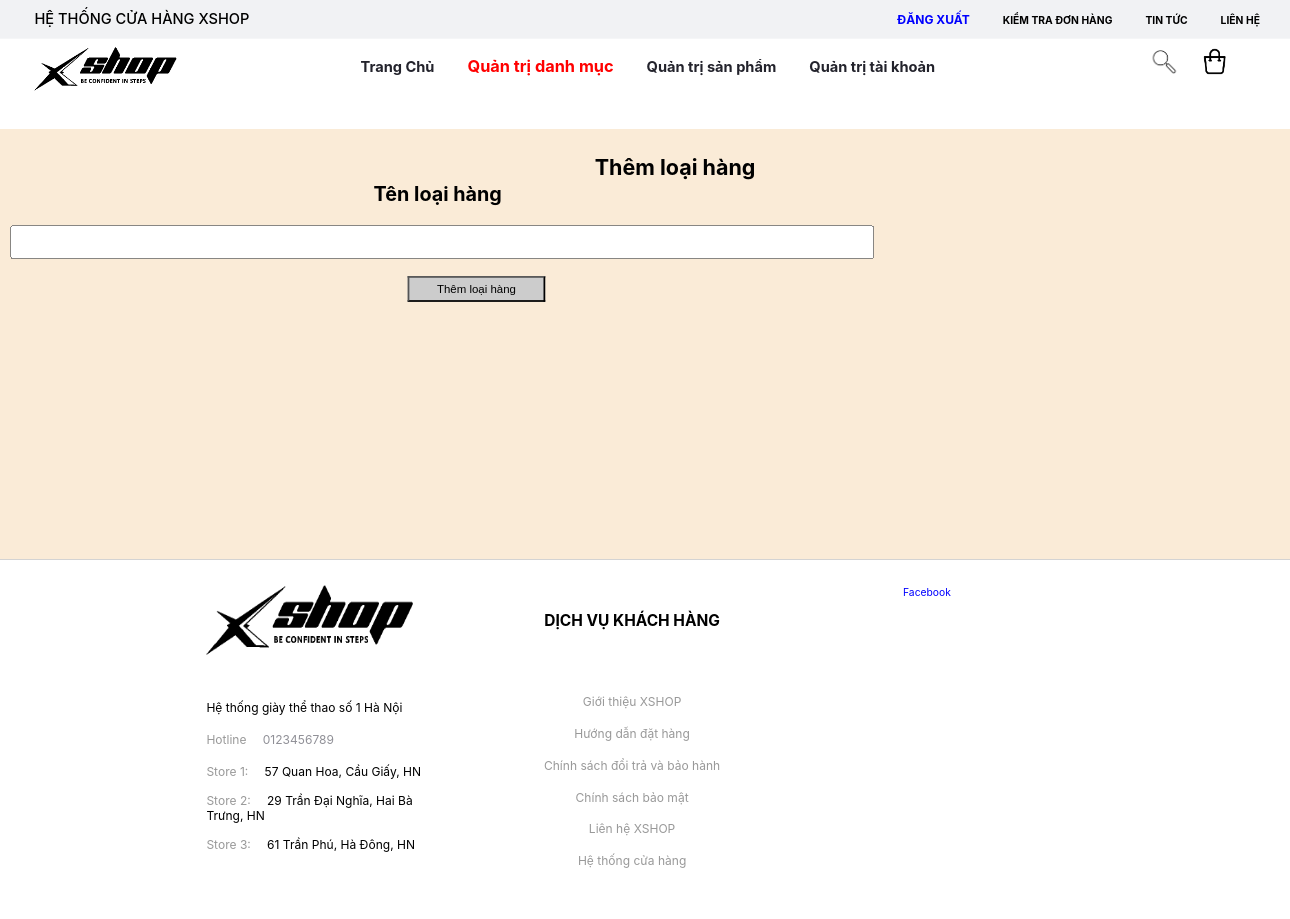
Repository: tienaq123/dam
Page: http://localhost/ass/ad/themdanhmuc.php
The author's editor kept a copy of each file at every save. The page is drawn from the files as they stood at one save, then again after the next save.
The browser window is 1280 px wide. The page is 1500 px wide, so the pictures cover 1500 px, including what lies to the right of the window. The pictures show the whole page, at 86% of full size.
The page is run by PHP 8.4 with error messages shown; the project is at /var/www/html/.

Above is the page before, as saved 2021-10-14 06:09:52.

After the next save:
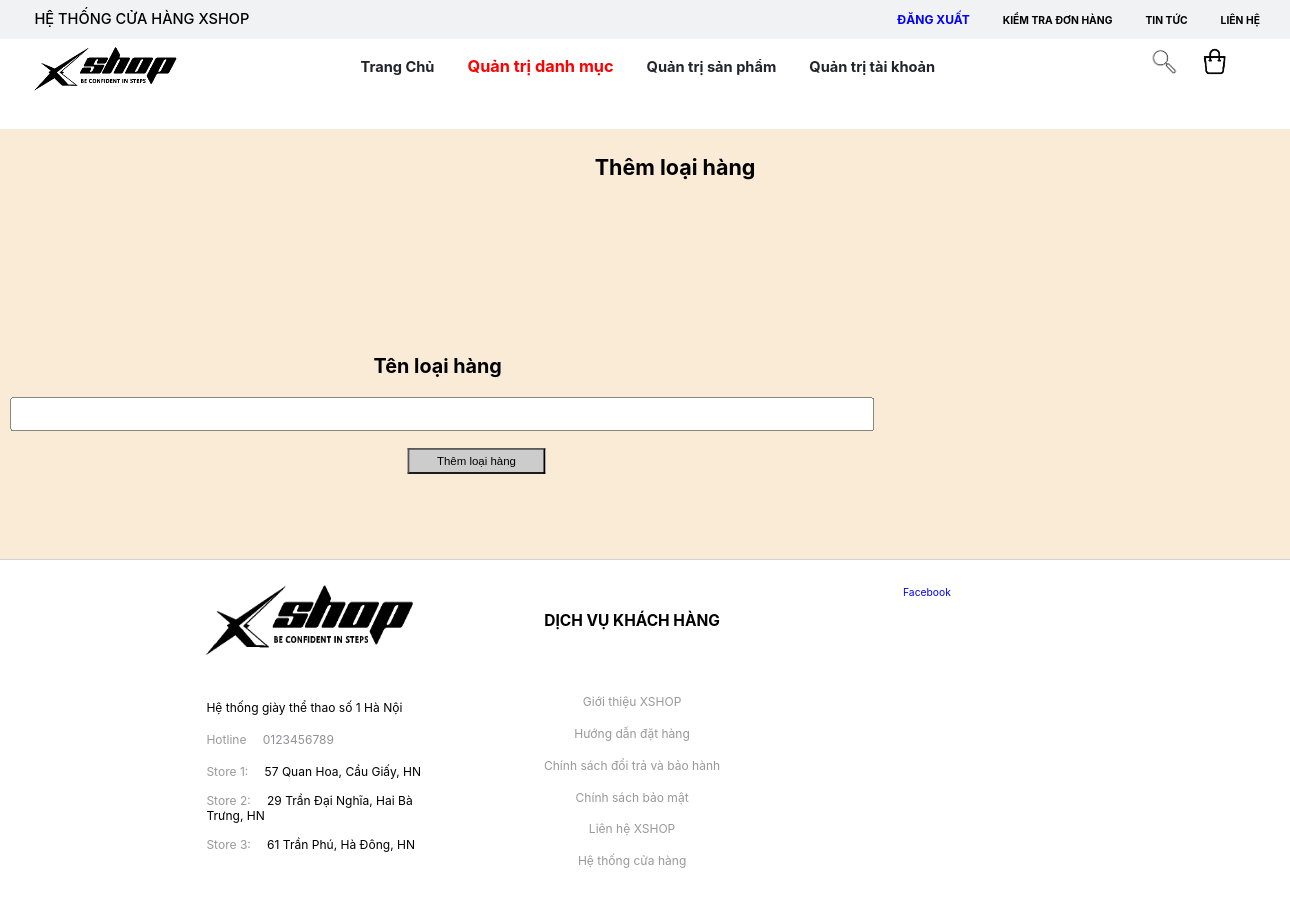
Saved 40 s later.
--- a/ad/themdanhmuc.php
+++ b/ad/themdanhmuc.php
@@ -48,7 +48,7 @@
         <!-- END HEADER -->
 
         <main>
-            <h2 style="font-size: 25px; padding-top: 30px; margin-left: 70px;">Thêm loại hàng</h2>
+            <h2 style="font-size: 25px; padding-top: 30px; margin-left: 70px; margin-bottom: 200px;">Thêm loại hàng</h2>
             <form action="" method="POST">
                 <table>
                     <tr>
